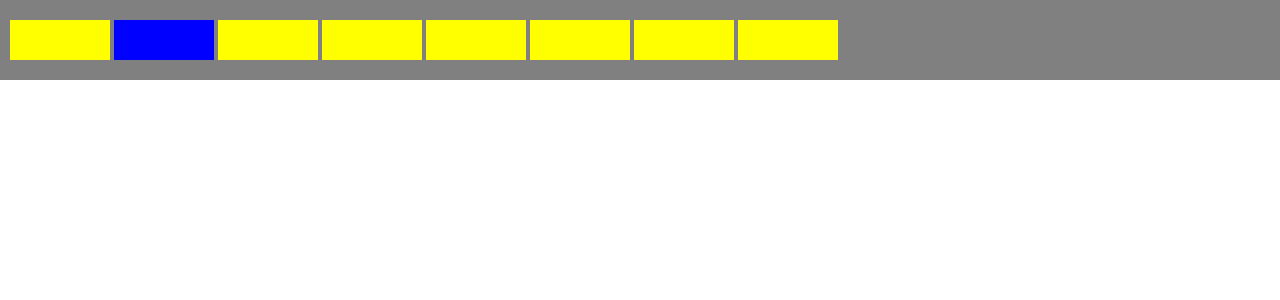
Repository: Bahtiyorovich/javascript-cource
Page: public/classList.html
These files come from the project's save history. The page is drawn as it stood at one moment and after a run of saves; the edit follows.
The browser window is 1280 px wide. The pictures show the whole page.
After loading, the first visible `button.some` was clicked once.

Above is the page before, as saved 2022-12-22 11:28:24.

After the next 4 saves:
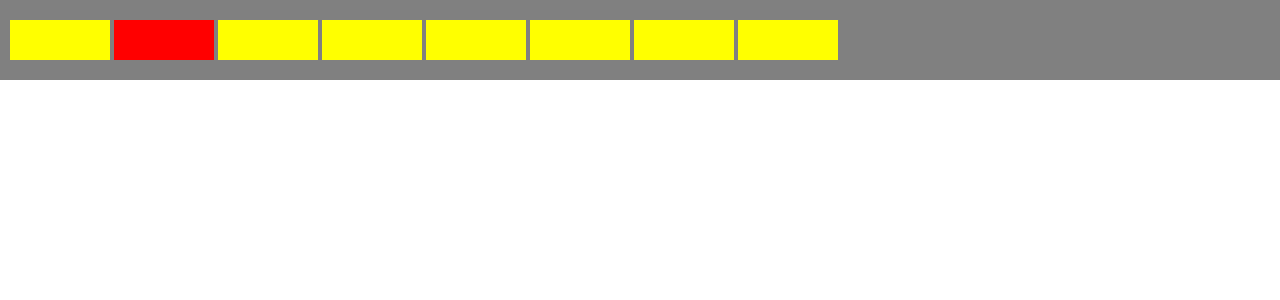
The 4 saves are shown as one change because they came seconds apart.
The last was saved 12 s later.
--- a/src/classList.js
+++ b/src/classList.js
@@ -19,6 +19,6 @@ if(btns[0].classList.contains('blue')){ // contains - bu metod agar btns[0] da '
 
 btns[0].addEventListener('click', () => {
     if( !btns[0].classList.contains('red')){
-
+        btns[1].classList.add('red');
     }
 })
